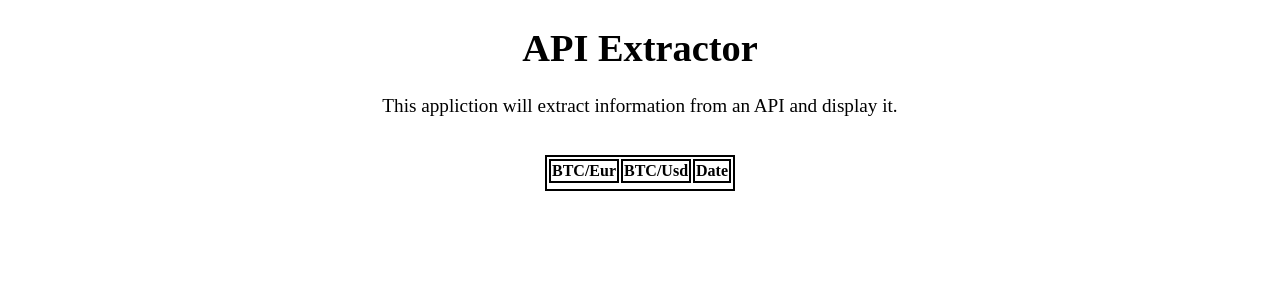
Repository: vxyux/api-extraction
Page: index.html
The author's editor kept a copy of each file at every save. The page is drawn from the files as they stood at one save, then again after the next save.
The browser window is 1280 px wide. The pictures show the whole page.
The page's requests for data from a server got no answer.

Above is the page before, as saved 2023-09-05 10:36:10.

### index.html
<!DOCTYPE html>
<html lang="en">
<head>
  <meta charset="UTF-8">
  <meta name="viewport" content="width=device-width, initial-scale=1.0">
  <title>Document</title>
  <link rel="stylesheet" href="stylesheet.css">
  <script src="app.js"></script>
</head>
<body>
  <div class="center">
    <h1>API Extractor</h1>
    <p>This appliction will extract information from an API and display it.</p>
  </div>

  <img src="" id="loading" alt="">

  <table>
  <tr>
    <th>BTC/Eur</th>
    <th>BTC/Usd</th>
    <th>Date</th>
  </tr>
  <tr>
    <td><div id="rate-eur"></div></td>
    <td><div id="rate-usd"></div></td>
    <td><div id="date"></div></td>
  </tr>
</table>
</body>
</html>

### stylesheet.css
.center {
  text-align: center;
  font-size: 120%;
}

table, th
{
  border: 1px solid black;
  border-width: 2px;
  margin-left: auto;
  margin-right: auto;
}

### app.js
const api_url = 'https://api.coindesk.com/v1/bpi/currentprice.json';

async function getapi(url) {
  const response = await fetch(url);

  var data = await response.json();

  console.log(data.bpi.EUR.rate);

  if (response) {
    hideloader();
  }
  show(data);
}

getapi(api_url);

function hideloader() {
  document.getElementById('loading').style.display = 'none';
}

function show(data) {
  var rate_eur = data.bpi.EUR.rate;
  var rate_usd = data.bpi.USD.rate;
  var date = data.time.updated;

  document.getElementById('rate-eur').innerHTML =
    '<p>' + rate_eur + '</p>';

  document.getElementById('rate-usd').innerHTML =
    '<p>' + rate_usd + '</p>';

  document.getElementById('date').innerHTML =
    '<p>' + date + '</p>';
}

After the next save:
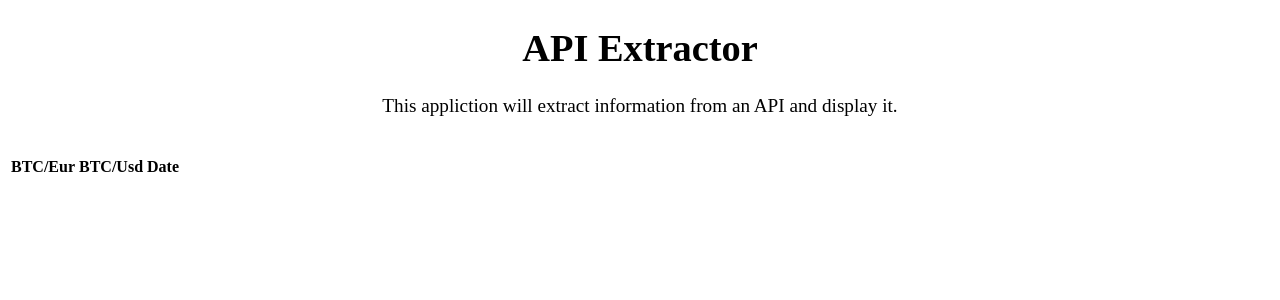
Saved 7 s later.
--- a/stylesheet.css
+++ b/stylesheet.css
@@ -3,7 +3,7 @@
   font-size: 120%;
 }
 
-table, th
+table,
 {
   border: 1px solid black;
   border-width: 2px;
